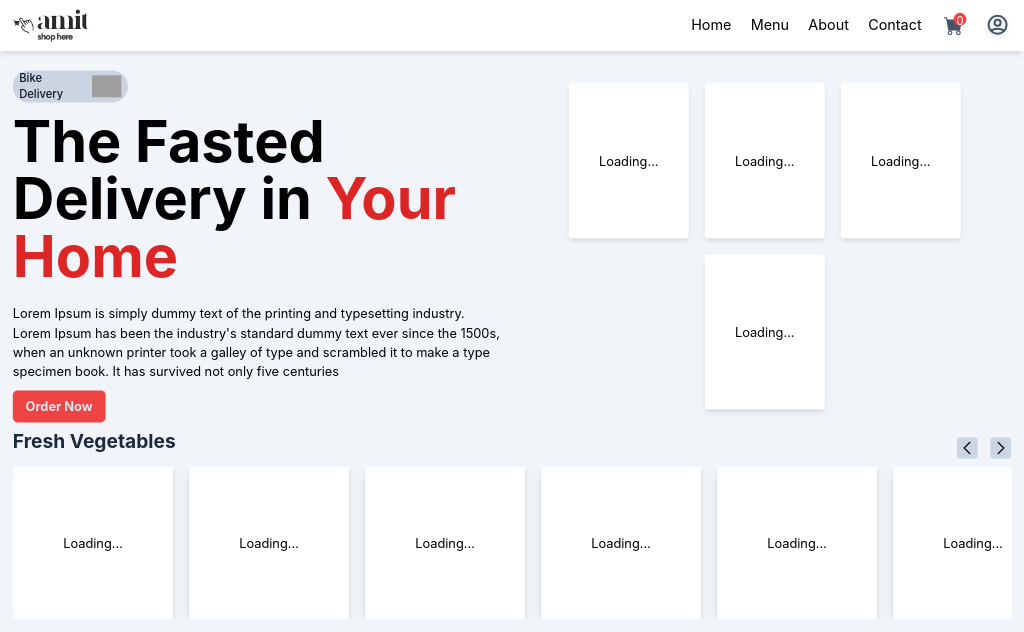
Repository: Lehuyhuynh/Web_ban_hoa_qua
Page: / (app in frontend/)
The author's editor kept a copy of each file at every save. The page is drawn from the files as they stood at one save, then again after a run of saves.
The browser window is 1280 px wide. The pictures show the whole page, at 80% of full size.
Pictures or frames that could not be fetched are drawn as grey boxes. The page's requests for data from a server got no answer. The project was rebuilt for these pictures with package versions that can differ from the ones it lists, and the page was loaded fresh each time. No one was signed in, and anything a server would have sent is missing. Also part of the build but not shown: frontend/src/page/Menu.js, frontend/src/page/About.js, frontend/src/page/Contact.js, frontend/src/page/login.js, frontend/src/utility/ImagetoBase64.js, frontend/src/page/Newproduct.js, frontend/src/page/Signup.js, frontend/src/component/FilterProduct.js.

Above is the page before, as saved 2024-01-06 10:05:42.

After the next 2 saves:
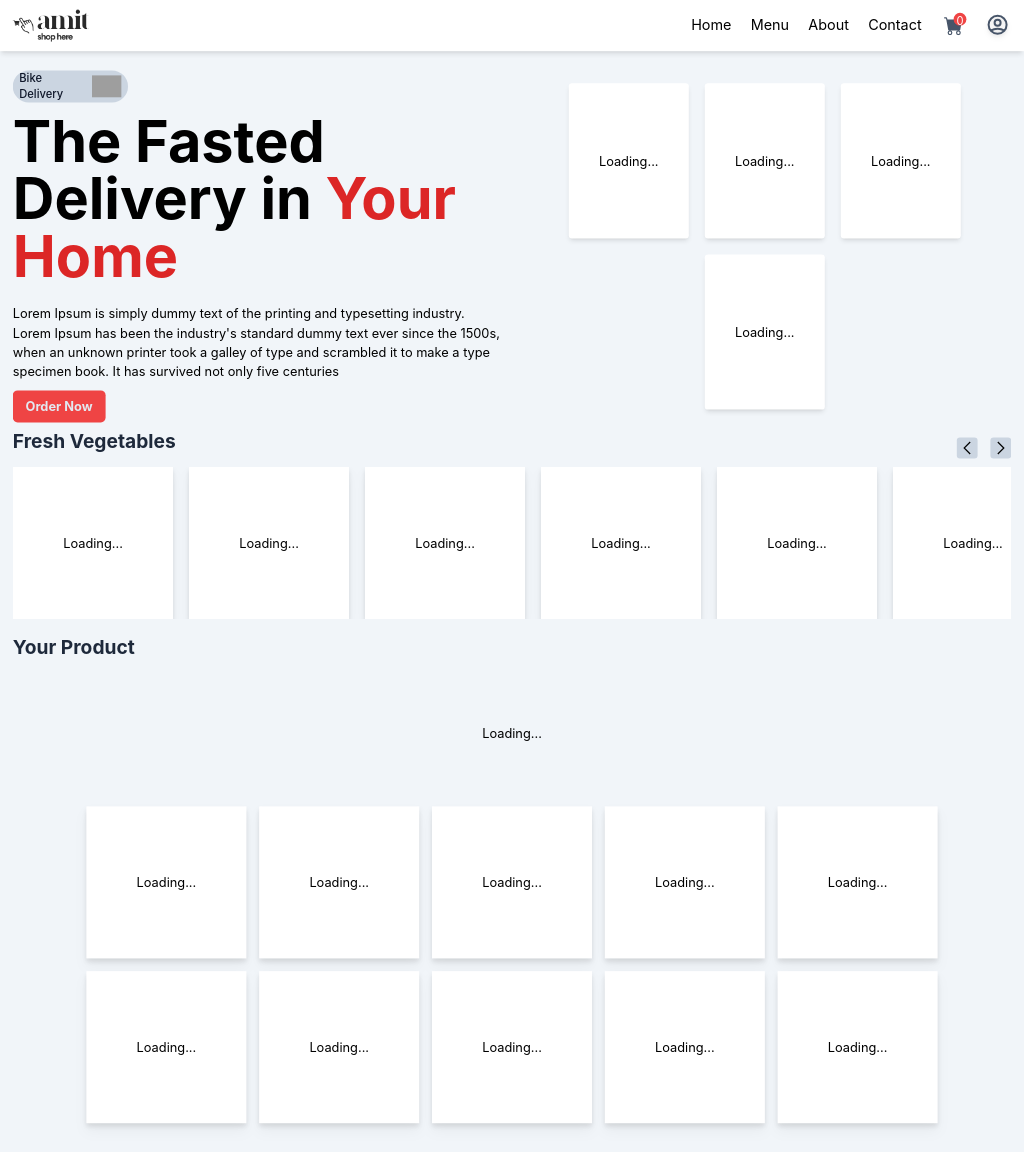
The 2 saves are shown as one change because 1 did not build or start.
The last was saved 2 min 11 s later.
--- a/frontend/src/page/Home.js
+++ b/frontend/src/page/Home.js
@@ -4,7 +4,7 @@ import CardFeature from "../component/CardFeature";
 import HomeCard from "../component/HomeCard";
 import { GrPrevious, GrNext } from "react-icons/gr";
 // import FilterProduct from "../component/FilterProduct";
-// import AllProduct from "../component/AllProduct";
+import AllProduct from "../component/AllProduct";
 
 const Home = () => {
   const productData = useSelector((state) => state.product.productList);
@@ -116,6 +116,7 @@ const Home = () => {
               ))}
         </div>
       </div>
+      <AllProduct heading={"Your Product"} />
     </div>
   );
 };
